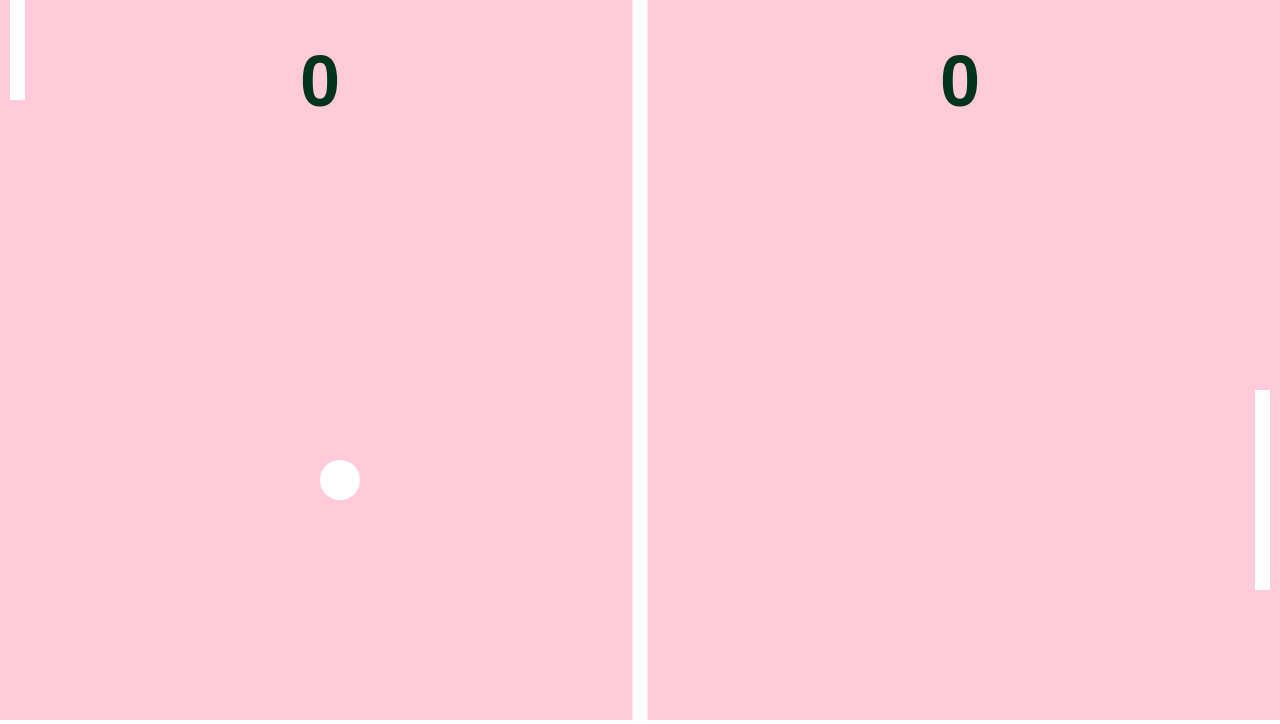
Repository: AkirahCarvalho/ping_pong
Page: index.html
An editor plug-in stored every save of this project. The page is shown before and after a run of saves, followed by the edit.
The browser window is 1280 px wide. The pictures show the whole page.

Above is the page before, as saved 2024-04-02 15:06:14.

After the next 3 saves:
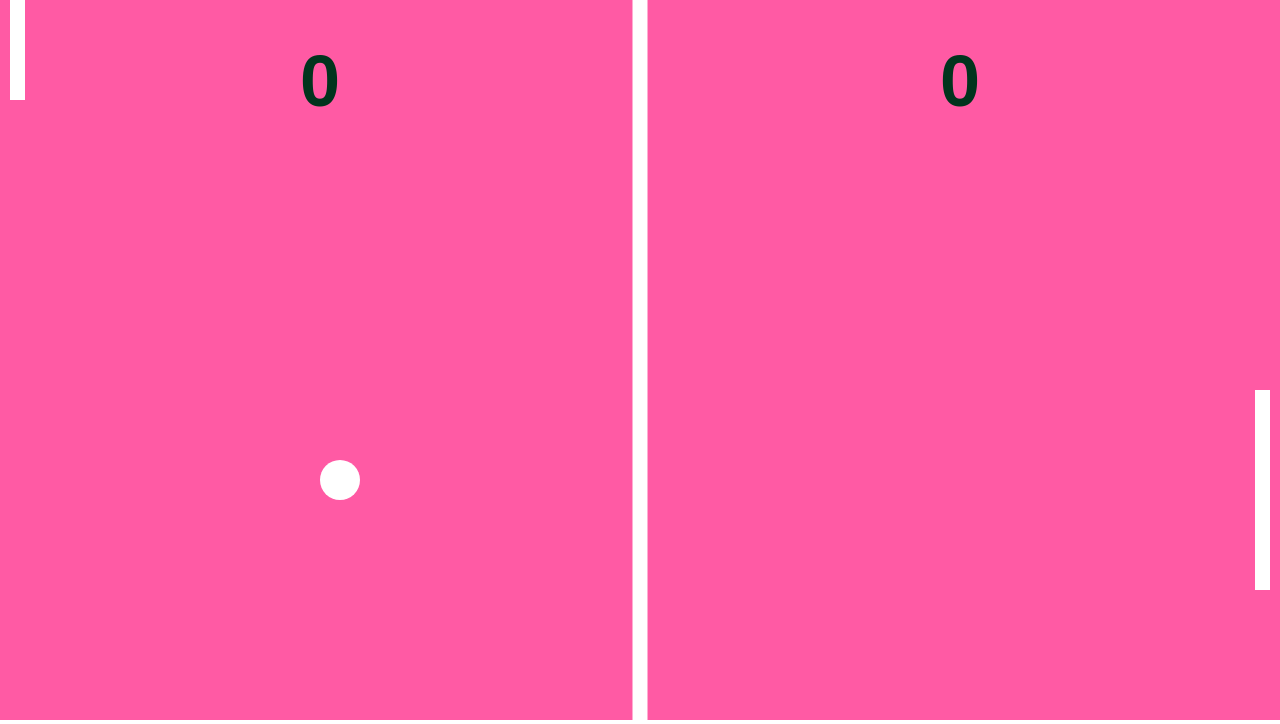
The 3 saves are shown as one change because they came seconds apart.
The last was saved 101 s later.
--- a/index.html
+++ b/index.html
@@ -26,7 +26,7 @@
         w: window.innerWidth,//campo tem aultura da janela
         h: window.innerHeight,//campo tem largura da janela
         draw: function () {
-          canvasCtx.fillStyle = "#ffcbdb"//cor #286047
+          canvasCtx.fillStyle = "#ff5aa4"//cor #286047
           canvasCtx.fillRect(0, 0, this.w, this.h)//retangulo
         },
       }
